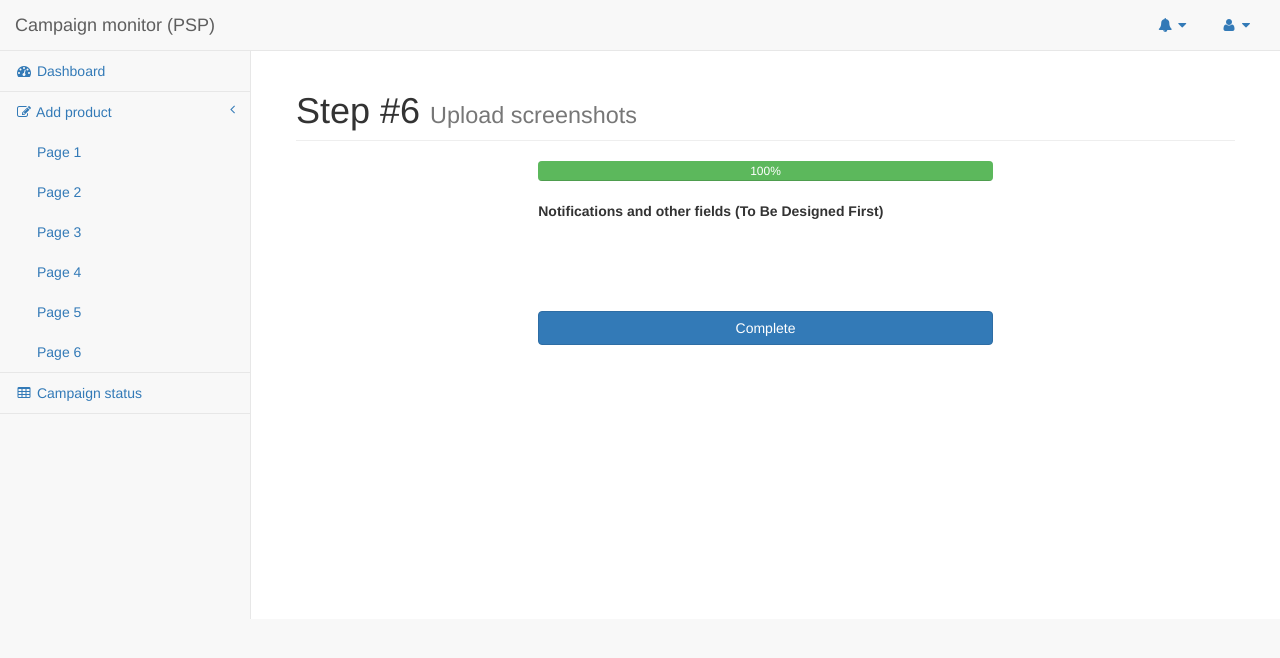
Repository: aneeshsingh/workspace
Page: http://localhost/analytics/Add_Product_Page_6.jsp
These files come from the project's save history. The page is drawn as it stood at one moment and after the next save; the edit follows.
The browser window is 1280 px wide. The pictures show the whole page.
The page is served by Tomcat 9. Other server files are loaded and not shown.

Above is the page before, as saved 2016-03-07 21:32:48.
Console error (its wording comes from the project's code and is left out).

### analytics/war/Add_Product_Page_6.jsp
<!DOCTYPE html>
<html lang="en">
<%@ page import="com.macquarie.analytics.*"%>
<%@ page import="java.util.HashMap"%>
<%@ page import="java.util.Iterator"%>
<%@ page import="java.util.Map"%>
<%@ page import="java.sql.Connection"%>
<%@page language="java" session="true"%>
<head>
<meta charset="utf-8">
<meta http-equiv="X-UA-Compatible" content="IE=edge">
<meta name="viewport" content="width=device-width, initial-scale=1">
<meta name="description" content="">
<meta name="author" content="">
<title>Campaign monitor (PSP) - Add product</title>

<!-- Bootstrap Core CSS -->
<link href="bower_components/bootstrap/dist/css/bootstrap.min.css" rel="stylesheet">

<!-- MetisMenu CSS -->
<link href="bower_components/metisMenu/dist/metisMenu.min.css" rel="stylesheet">

<!-- Timeline CSS -->
<link href="dist/css/timeline.css" rel="stylesheet">

<!-- Custom CSS -->
<link href="dist/css/sb-admin-2.css" rel="stylesheet">

<!-- Morris Charts CSS -->
<link href="bower_components/morrisjs/morris.css" rel="stylesheet">

<!-- Custom Fonts -->
<link href="bower_components/font-awesome/css/font-awesome.min.css" rel="stylesheet" type="text/css">

<!-- HTML5 Shim and Respond.js IE8 support of HTML5 elements and media queries -->
<!-- WARNING: Respond.js doesn't work if you view the page via file:// -->
<!--[if lt IE 9]>
        <script src="https://oss.maxcdn.com/libs/html5shiv/3.7.0/html5shiv.js"></script>
        <script src="https://oss.maxcdn.com/libs/respond.js/1.4.2/respond.min.js"></script>
    <![endif]-->

</head>

<body>
<div id="wrapper">
<!-- Navigation -->
<nav class="navbar navbar-default navbar-static-top" role="navigation" style="margin-bottom: 0">
	<div class="navbar-header">
		<button type="button" class="navbar-toggle" data-toggle="collapse" data-target=".navbar-collapse"> <span class="sr-only">Toggle navigation</span> <span class="icon-bar"></span> <span class="icon-bar"></span> <span class="icon-bar"></span> </button>
		<a class="navbar-brand" href="index.html">Campaign monitor (PSP)</a> </div>
	<!-- /.navbar-header -->

	<ul class="nav navbar-top-links navbar-right">
		<li class="dropdown"> <a class="dropdown-toggle" data-toggle="dropdown" href="#"> <i class="fa fa-bell fa-fw"></i> <i class="fa fa-caret-down"></i> </a>
			<ul class="dropdown-menu dropdown-alerts">
				<li> <a href="#">
					<div> <i class="fa fa-comment fa-fw"></i> New Comment <span class="pull-right text-muted small">4 minutes ago</span> </div>
					</a> </li>
				<li class="divider"></li>
				<li> <a href="#">
					<div> <i class="fa fa-twitter fa-fw"></i> 3 New Followers <span class="pull-right text-muted small">12 minutes ago</span> </div>
					</a> </li>
				<li class="divider"></li>
				<li> <a href="#">
					<div> <i class="fa fa-envelope fa-fw"></i> Message Sent <span class="pull-right text-muted small">4 minutes ago</span> </div>
					</a> </li>
				<li class="divider"></li>
				<li> <a href="#">
					<div> <i class="fa fa-tasks fa-fw"></i> New Task <span class="pull-right text-muted small">4 minutes ago</span> </div>
					</a> </li>
				<li class="divider"></li>
				<li> <a href="#">
					<div> <i class="fa fa-upload fa-fw"></i> Server Rebooted <span class="pull-right text-muted small">4 minutes ago</span> </div>
					</a> </li>
				<li class="divider"></li>
				<li> <a class="text-center" href="#"> <strong>See All Alerts</strong> <i class="fa fa-angle-right"></i> </a> </li>
			</ul>
			<!-- /.dropdown-alerts -->
		</li>
		<!-- /.dropdown -->
		<li class="dropdown"> <a class="dropdown-toggle" data-toggle="dropdown" href="#"> <i class="fa fa-user fa-fw"></i> <i class="fa fa-caret-down"></i> </a>
			<ul class="dropdown-menu dropdown-user">
				<li><a href="#"><i class="fa fa-user fa-fw"></i> User Profile</a> </li>
				<li><a href="#"><i class="fa fa-gear fa-fw"></i> Settings</a> </li>
				<li class="divider"></li>
				<li><a href="login.html"><i class="fa fa-sign-out fa-fw"></i> Logout</a> </li>
			</ul>
			<!-- /.dropdown-user -->
		</li>
		<!-- /.dropdown -->
	</ul>
	<!-- /.navbar-top-links -->

	<div class="navbar-default sidebar" role="navigation">
		<div class="sidebar-nav navbar-collapse">
			<ul class="nav" id="side-menu">
				<li> <a href="index.html"><i class="fa fa-dashboard fa-fw"></i> Dashboard</a> </li>
				<li> <a href="#"><i class="fa fa-edit fa-fw"></i> Add product<span class="fa arrow"></span></a>
					<ul class="nav nav-second-level">
						<li> <a href="Add_Product_Page_1.jsp">Page 1</a> </li>
						<li> <a href="Add_Product_Page_2.jsp">Page 2</a> </li>
						<li> <a href="Add_Product_Page_3.jsp">Page 3</a> </li>
						<li> <a href="Add_Product_Page_4.jsp">Page 4</a> </li>
						<li> <a href="Add_Product_Page_5.jsp">Page 5</a> </li>
						<li> <a href="Add_Product_Page_6.jsp">Page 6</a> </li>
					</ul>
					<!-- /.nav-second-level -->
				</li>
				<li> <a href="tables.html"><i class="fa fa-table fa-fw"></i> Campaign status</a> </li>
			</ul>
		</div>
		<!-- /.sidebar-collapse -->
	</div>
	<!-- /.navbar-static-side -->
</nav>
<div id="page-wrapper">
	<div class="container-fluid">
		<div class="row">
			<div class="col-lg-12">
				<h1 class="page-header">Step #6 <small>Upload screenshots</small></h1>
			</div>
			<!-- /.col-lg-12 -->
		</div>
		<!-- /.row -->
	</div>
	<!-- /.container -->
	<div class="container-fluid">
		<div class="row">
			<div class="col-md-push-3 col-md-6">
				<div class="progress">
					<div class="progress-bar progress-bar-success" role="progressbar" aria-valuenow="100" aria-valuemin="0" aria-valuemax="100" style="width: 100%;"> 100% </div>
				</div>
			</div>
		</div>
		<!-- /.row -->
		<div class="row">
			<div class="col-md-push-3 col-md-6">
				<form action="AddProductPageSixServlet" method="post">
					<div class="form-group">
						<label>Notifications and other fields (To Be Designed First)</label>
							<!-- <input type="file" name="file_desktop" id="file_desktop" /> -->
						</div>
						<div class="form-group">
							<label></label>
							<!-- <input type="file" name="file_tablet" id="file_tablet" /> -->
						</div>
						<div class="form-group">
							<label></label>
							<!-- <input type="file" name="file_mobile" id="file_mobile" /> -->
					</div>
						<input type="hidden" name="product_id" id="product_id" value="<%=request.getAttribute("product_id")%>"/>
					<button type="submit" class="btn btn-primary btn-block text-right">Complete</button>
				</form>
			</div>
			<!-- /.row -->
		</div>
		<!-- /.container -->
	</div>
	<!-- /#page-wrapper -->
</div>
<!-- /#wrapper -->

<!-- jQuery -->
<script src="bower_components/jquery/dist/jquery.min.js"></script>

<!-- Bootstrap Core JavaScript -->
<script src="bower_components/bootstrap/dist/js/bootstrap.min.js"></script>

<!-- Metis Menu Plugin JavaScript -->
<script src="bower_components/metisMenu/dist/metisMenu.min.js"></script>

<!-- Morris Charts JavaScript -->
<script src="bower_components/raphael/raphael-min.js"></script>
<script src="bower_components/morrisjs/morris.min.js"></script>
<script src="js/morris-data.js"></script>

<!-- Custom Theme JavaScript -->
<script src="dist/js/sb-admin-2.js"></script>
</body>
</html>

### analytics/war/dist/css/timeline.css
.timeline {
    position: relative;
    padding: 20px 0 20px;
    list-style: none;
}

.timeline:before {
    content: " ";
    position: absolute;
    top: 0;
    bottom: 0;
    left: 50%;
    width: 3px;
    margin-left: -1.5px;
    background-color: #eeeeee;
}

.timeline > li {
    position: relative;
    margin-bottom: 20px;
}

.timeline > li:before,
.timeline > li:after {
    content: " ";
    display: table;
}

.timeline > li:after {
    clear: both;
}

.timeline > li:before,
.timeline > li:after {
    content: " ";
    display: table;
}

.timeline > li:after {
    clear: both;
}

.timeline > li > .timeline-panel {
    float: left;
    position: relative;
    width: 46%;
    padding: 20px;
    border: 1px solid #d4d4d4;
    border-radius: 2px;
    -webkit-box-shadow: 0 1px 6px rgba(0,0,0,0.175);
    box-shadow: 0 1px 6px rgba(0,0,0,0.175);
}

.timeline > li > .timeline-panel:before {
    content: " ";
    display: inline-block;
    position: absolute;
    top: 26px;
    right: -15px;
    border-top: 15px solid transparent;
    border-right: 0 solid #ccc;
    border-bottom: 15px solid transparent;
    border-left: 15px solid #ccc;
}

.timeline > li > .timeline-panel:after {
    content: " ";
    display: inline-block;
    position: absolute;
    top: 27px;
    right: -14px;
    border-top: 14px solid transparent;
    border-right: 0 solid #fff;
    border-bottom: 14px solid transparent;
    border-left: 14px solid #fff;
}

.timeline > li > .timeline-badge {
    z-index: 100;
    position: absolute;
    top: 16px;
    left: 50%;
    width: 50px;
    height: 50px;
    margin-left: -25px;
    border-radius: 50% 50% 50% 50%;
    text-align: center;
    font-size: 1.4em;
    line-height: 50px;
    color: #fff;
    background-color: #999999;
}

.timeline > li.timeline-inverted > .timeline-panel {
    float: right;
}

.timeline > li.timeline-inverted > .timeline-panel:before {
    right: auto;
    left: -15px;
    border-right-width: 15px;
    border-left-width: 0;
}

.timeline > li.timeline-inverted > .timeline-panel:after {
    right: auto;
    left: -14px;
    border-right-width: 14px;
    border-left-width: 0;
}

.timeline-badge.primary {
    background-color: #2e6da4 !important;
}

.timeline-badge.success {
    background-color: #3f903f !important;
}

.timeline-badge.warning {
    background-color: #f0ad4e !important;
}

.timeline-badge.danger {
    background-color: #d9534f !important;
}

.timeline-badge.info {
    background-color: #5bc0de !important;
}

.timeline-title {
    margin-top: 0;
    color: inherit;
}

.timeline-body > p,
.timeline-body > ul {
    margin-bottom: 0;
}

.timeline-body > p + p {
    margin-top: 5px;
}

@media(max-width:767px) {
    ul.timeline:before {
        left: 40px;
    }

    ul.timeline > li > .timeline-panel {
        width: calc(100% - 90px);
        width: -moz-calc(100% - 90px);
        width: -webkit-calc(100% - 90px);
    }

    ul.timeline > li > .timeline-badge {
        top: 16px;
        left: 15px;
        margin-left: 0;
    }

    ul.timeline > li > .timeline-panel {
        float: right;
    }

    ul.timeline > li > .timeline-panel:before {
        right: auto;
        left: -15px;
        border-right-width: 15px;
        border-left-width: 0;
    }

    ul.timeline > li > .timeline-panel:after {
        right: auto;
        left: -14px;
        border-right-width: 14px;
        border-left-width: 0;
    }
}

### analytics/war/dist/css/sb-admin-2.css
body {
  background-color: #f8f8f8;
}
#wrapper {
  width: 100%;
}
#page-wrapper {
  padding: 0 15px;
  min-height: 568px;
  background-color: white;
}
@media (min-width: 768px) {
  #page-wrapper {
    position: inherit;
    margin: 0 0 0 250px;
    padding: 0 30px;
    border-left: 1px solid #e7e7e7;
  }
}
.navbar-top-links {
  margin-right: 0;
}
.navbar-top-links li {
  display: inline-block;
}
.navbar-top-links li:last-child {
  margin-right: 15px;
}
.navbar-top-links li a {
  padding: 15px;
  min-height: 50px;
}
.navbar-top-links .dropdown-menu li {
  display: block;
}
.navbar-top-links .dropdown-menu li:last-child {
  margin-right: 0;
}
.navbar-top-links .dropdown-menu li a {
  padding: 3px 20px;
  min-height: 0;
}
.navbar-top-links .dropdown-menu li a div {
  white-space: normal;
}
.navbar-top-links .dropdown-messages,
.navbar-top-links .dropdown-tasks,
.navbar-top-links .dropdown-alerts {
  width: 310px;
  min-width: 0;
}
.navbar-top-links .dropdown-messages {
  margin-left: 5px;
}
.navbar-top-links .dropdown-tasks {
  margin-left: -59px;
}
.navbar-top-links .dropdown-alerts {
  margin-left: -123px;
}
.navbar-top-links .dropdown-user {
  right: 0;
  left: auto;
}
.sidebar .sidebar-nav.navbar-collapse {
  padding-left: 0;
  padding-right: 0;
}
.sidebar .sidebar-search {
  padding: 15px;
}
.sidebar ul li {
  border-bottom: 1px solid #e7e7e7;
}
.sidebar ul li a.active {
  background-color: #eeeeee;
}
.sidebar .arrow {
  float: right;
}
.sidebar .fa.arrow:before {
  content: "\f104";
}
.sidebar .active > a > .fa.arrow:before {
  content: "\f107";
}
.sidebar .nav-second-level li,
.sidebar .nav-third-level li {
  border-bottom: none !important;
}
.sidebar .nav-second-level li a {
  padding-left: 37px;
}
.sidebar .nav-third-level li a {
  padding-left: 52px;
}
@media (min-width: 768px) {
  .sidebar {
    z-index: 1;
    position: absolute;
    width: 250px;
    margin-top: 51px;
  }
  .navbar-top-links .dropdown-messages,
  .navbar-top-links .dropdown-tasks,
  .navbar-top-links .dropdown-alerts {
    margin-left: auto;
  }
}
.btn-outline {
  color: inherit;
  background-color: transparent;
  transition: all .5s;
}
.btn-primary.btn-outline {
  color: #428bca;
}
.btn-success.btn-outline {
  color: #5cb85c;
}
.btn-info.btn-outline {
  color: #5bc0de;
}
.btn-warning.btn-outline {
  color: #f0ad4e;
}
.btn-danger.btn-outline {
  color: #d9534f;
}
.btn-primary.btn-outline:hover,
.btn-success.btn-outline:hover,
.btn-info.btn-outline:hover,
.btn-warning.btn-outline:hover,
.btn-danger.btn-outline:hover {
  color: white;
}
.chat {
  margin: 0;
  padding: 0;
  list-style: none;
}
.chat li {
  margin-bottom: 10px;
  padding-bottom: 5px;
  border-bottom: 1px dotted #999999;
}
.chat li.left .chat-body {
  margin-left: 60px;
}
.chat li.right .chat-body {
  margin-right: 60px;
}
.chat li .chat-body p {
  margin: 0;
}
.panel .slidedown .glyphicon,
.chat .glyphicon {
  margin-right: 5px;
}
.chat-panel .panel-body {
  height: 350px;
  overflow-y: scroll;
}
.login-panel {
  margin-top: 25%;
}
.flot-chart {
  display: block;
  height: 400px;
}
.flot-chart-content {
  width: 100%;
  height: 100%;
}
table.dataTable thead .sorting,
table.dataTable thead .sorting_asc,
table.dataTable thead .sorting_desc,
table.dataTable thead .sorting_asc_disabled,
table.dataTable thead .sorting_desc_disabled {
  background: transparent;
}
table.dataTable thead .sorting_asc:after {
  content: "\f0de";
  float: right;
  font-family: fontawesome;
}
table.dataTable thead .sorting_desc:after {
  content: "\f0dd";
  float: right;
  font-family: fontawesome;
}
table.dataTable thead .sorting:after {
  content: "\f0dc";
  float: right;
  font-family: fontawesome;
  color: rgba(50, 50, 50, 0.5);
}
.btn-circle {
  width: 30px;
  height: 30px;
  padding: 6px 0;
  border-radius: 15px;
  text-align: center;
  font-size: 12px;
  line-height: 1.428571429;
}
.btn-circle.btn-lg {
  width: 50px;
  height: 50px;
  padding: 10px 16px;
  border-radius: 25px;
  font-size: 18px;
  line-height: 1.33;
}
.btn-circle.btn-xl {
  width: 70px;
  height: 70px;
  padding: 10px 16px;
  border-radius: 35px;
  font-size: 24px;
  line-height: 1.33;
}
.show-grid [class^="col-"] {
  padding-top: 10px;
  padding-bottom: 10px;
  border: 1px solid #ddd;
  background-color: #eee !important;
}
.show-grid {
  margin: 15px 0;
}
.huge {
  font-size: 40px;
}
.panel-green {
  border-color: #5cb85c;
}
.panel-green .panel-heading {
  border-color: #5cb85c;
  color: white;
  background-color: #5cb85c;
}
.panel-green a {
  color: #5cb85c;
}
.panel-green a:hover {
  color: #3d8b3d;
}
.panel-red {
  border-color: #d9534f;
}
.panel-red .panel-heading {
  border-color: #d9534f;
  color: white;
  background-color: #d9534f;
}
.panel-red a {
  color: #d9534f;
}
.panel-red a:hover {
  color: #b52b27;
}
.panel-yellow {
  border-color: #f0ad4e;
}
.panel-yellow .panel-heading {
  border-color: #f0ad4e;
  color: white;
  background-color: #f0ad4e;
}
.panel-yellow a {
  color: #f0ad4e;
}
.panel-yellow a:hover {
  color: #df8a13;
}

### analytics/war/js/morris-data.js
$(function() {

    Morris.Area({
        element: 'morris-area-chart',
        data: [{
            period: '2010 Q1',
            iphone: 2666,
            ipad: null,
            itouch: 2647
        }, {
            period: '2010 Q2',
            iphone: 2778,
            ipad: 2294,
            itouch: 2441
        }, {
            period: '2010 Q3',
            iphone: 4912,
            ipad: 1969,
            itouch: 2501
        }, {
            period: '2010 Q4',
            iphone: 3767,
            ipad: 3597,
            itouch: 5689
        }, {
            period: '2011 Q1',
            iphone: 6810,
            ipad: 1914,
            itouch: 2293
        }, {
            period: '2011 Q2',
            iphone: 5670,
            ipad: 4293,
            itouch: 1881
        }, {
            period: '2011 Q3',
            iphone: 4820,
            ipad: 3795,
            itouch: 1588
        }, {
            period: '2011 Q4',
            iphone: 15073,
            ipad: 5967,
            itouch: 5175
        }, {
            period: '2012 Q1',
            iphone: 10687,
            ipad: 4460,
            itouch: 2028
        }, {
            period: '2012 Q2',
            iphone: 8432,
            ipad: 5713,
            itouch: 1791
        }],
        xkey: 'period',
        ykeys: ['iphone', 'ipad', 'itouch'],
        labels: ['iPhone', 'iPad', 'iPod Touch'],
        pointSize: 2,
        hideHover: 'auto',
        resize: true
    });

    Morris.Donut({
        element: 'morris-donut-chart',
        data: [{
            label: "Download Sales",
            value: 12
        }, {
            label: "In-Store Sales",
            value: 30
        }, {
            label: "Mail-Order Sales",
            value: 20
        }],
        resize: true
    });

    Morris.Bar({
        element: 'morris-bar-chart',
        data: [{
            y: '2006',
            a: 100,
            b: 90
        }, {
            y: '2007',
            a: 75,
            b: 65
        }, {
            y: '2008',
            a: 50,
            b: 40
        }, {
            y: '2009',
            a: 75,
            b: 65
        }, {
            y: '2010',
            a: 50,
            b: 40
        }, {
            y: '2011',
            a: 75,
            b: 65
        }, {
            y: '2012',
            a: 100,
            b: 90
        }],
        xkey: 'y',
        ykeys: ['a', 'b'],
        labels: ['Series A', 'Series B'],
        hideHover: 'auto',
        resize: true
    });

});

### analytics/war/dist/js/sb-admin-2.js
$(function() {

    $('#side-menu').metisMenu();

});

//Loads the correct sidebar on window load,
//collapses the sidebar on window resize.
// Sets the min-height of #page-wrapper to window size
$(function() {
    $(window).bind("load resize", function() {
        var topOffset = 50;
        var width = (this.window.innerWidth > 0) ? this.window.innerWidth : this.screen.width;
        if (width < 768) {
            $('div.navbar-collapse').addClass('collapse');
            topOffset = 100; // 2-row-menu
        } else {
            $('div.navbar-collapse').removeClass('collapse');
        }

        var height = ((this.window.innerHeight > 0) ? this.window.innerHeight : this.screen.height) - 1;
        height = height - topOffset;
        if (height < 1) height = 1;
        if (height > topOffset) {
            $("#page-wrapper").css("min-height", (height) + "px");
        }
    });

    var url = window.location;
    var element = $('ul.nav a').filter(function() {
        return this.href == url;
    }).addClass('active').parent().parent().addClass('in').parent();
    if (element.is('li')) {
        element.addClass('active');
    }
});

Loaded but not shown: analytics/war/bower_components/bootstrap/dist/css/bootstrap.min.css (library); analytics/war/bower_components/metisMenu/dist/metisMenu.min.css (common file); analytics/war/bower_components/morrisjs/morris.css (common file); analytics/war/bower_components/font-awesome/css/font-awesome.min.css (library); analytics/war/bower_components/jquery/dist/jquery.min.js (library); analytics/war/bower_components/bootstrap/dist/js/bootstrap.min.js (library); analytics/war/bower_components/metisMenu/dist/metisMenu.min.js (common file); analytics/war/bower_components/raphael/raphael-min.js (library); analytics/war/bower_components/morrisjs/morris.min.js (library)

After the next save:
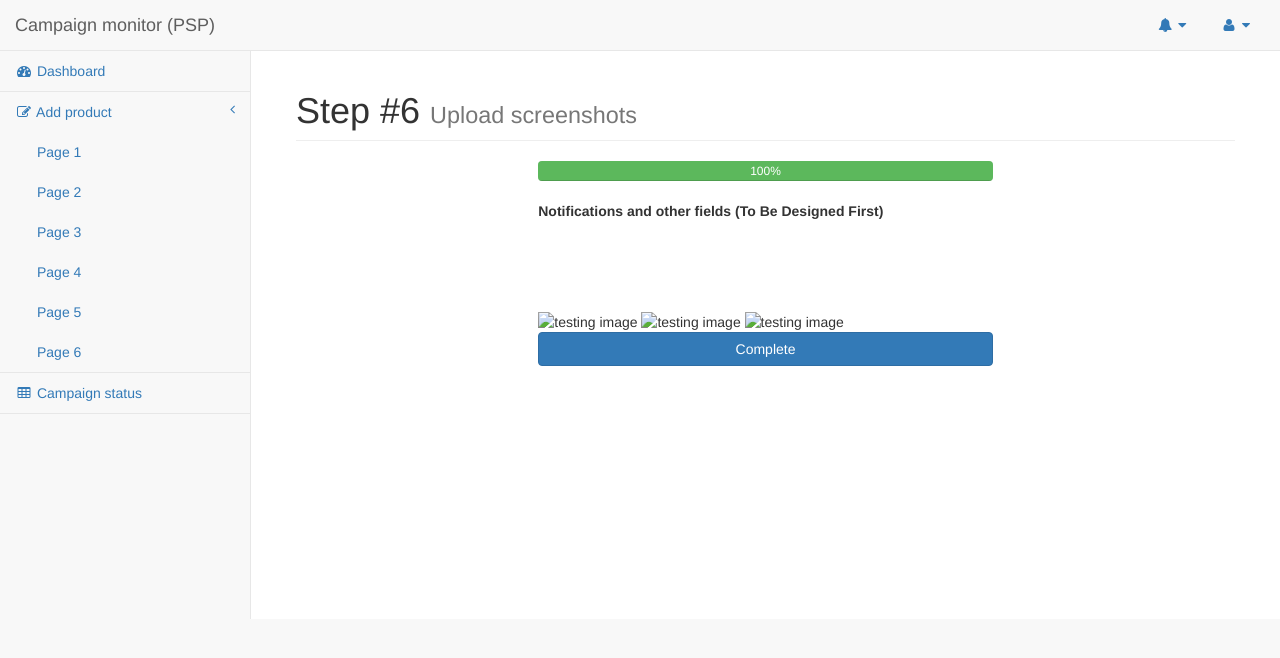
Saved 4 h 30 min later.
--- a/analytics/war/Add_Product_Page_6.jsp
+++ b/analytics/war/Add_Product_Page_6.jsp
@@ -148,6 +148,10 @@
 							<label></label>
 							<!-- <input type="file" name="file_mobile" id="file_mobile" /> -->
 					</div>
+
+					<img alt="testing image" src="scw-screenshot-main-mobile.jpg">
+					<img alt="testing image" src="scw-screenshot-main-desktop.jpg">
+					<img alt="testing image" src="scw-screenshot-main-tablet.jpg">
 						<input type="hidden" name="product_id" id="product_id" value="<%=request.getAttribute("product_id")%>"/>
 					<button type="submit" class="btn btn-primary btn-block text-right">Complete</button>
 				</form>
